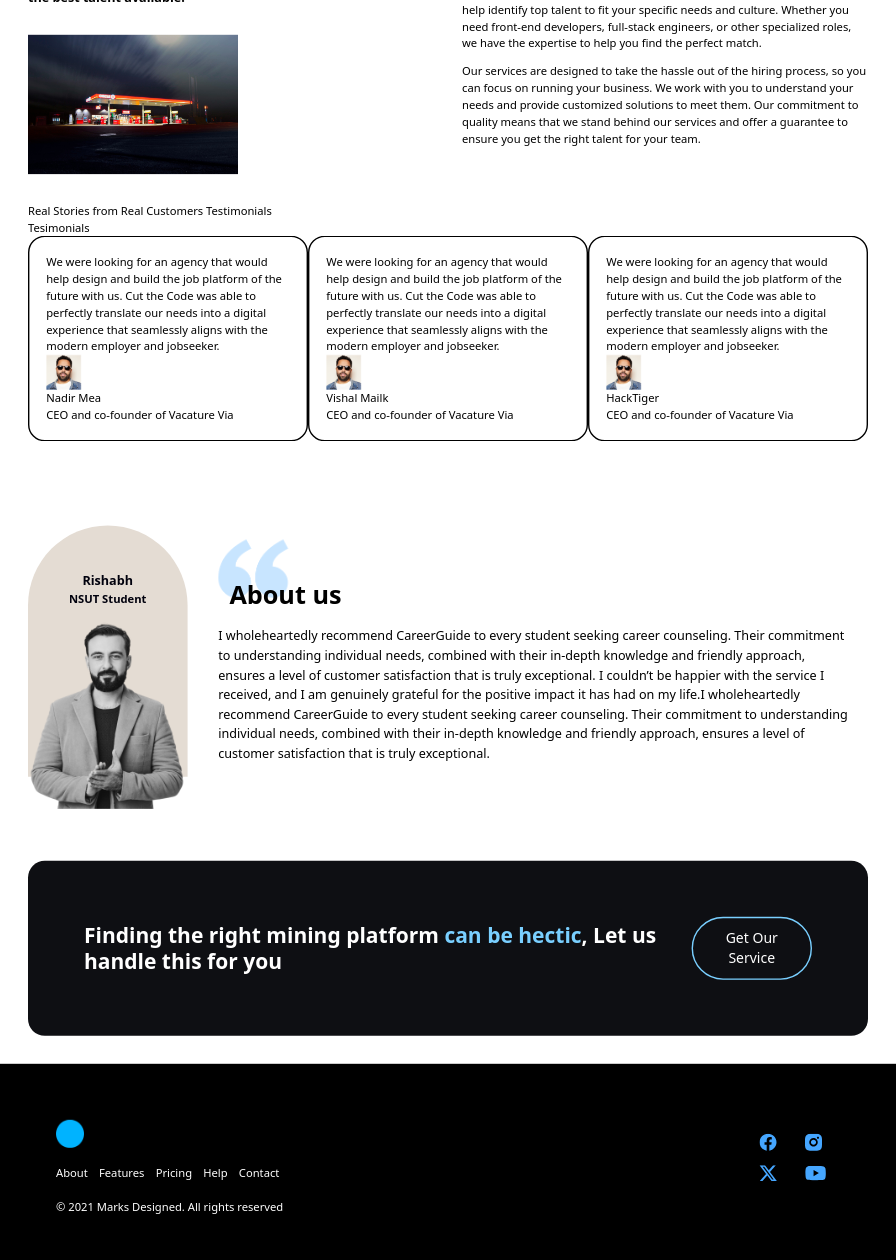
Repository: ayushtenguria/uniteksol
Page: /
The author's editor kept a copy of each file at every save. The page is drawn from the files as they stood at one save, then again after the next save.
The browser window is 1280 px wide. The pictures show the part of the page from y = 1134 to 3054 px (the page is 2934 px tall before and 3054 px after), at 70% of full size.
The project was rebuilt for these pictures with package versions that can differ from the ones it lists, and the page was loaded fresh each time. The framework's server and built-in components were replaced by stand-ins that run in the browser. Also part of the build but not shown: next.config.mjs.

Above is the page before, as saved 2024-02-23 21:03:39.

### pages/index.js
import Image from "next/image";
import { Inter } from "next/font/google";
import Layout from "@/components/Layout";
import Hero from "@/components/Hero";
import CompanyLogos from "@/components/companyLogos";
import Story from "@/components/Story";
import ServiceBanner from "@/components/serviceBanner";
import About from "@/components/About";
import Testimonials from "@/components/Testimonials";

const inter = Inter({ subsets: ["latin"] });

export default function Home() {
  return (
    <Layout>
      <Hero></Hero>
      <CompanyLogos></CompanyLogos>
      <Story></Story>
      <Testimonials></Testimonials>
      <About></About>
      <ServiceBanner></ServiceBanner>
    </Layout>
  );
}

### styles/globals.css
@tailwind base;
@tailwind components;
@tailwind utilities;

/* 79CFFF */

.btn-blue{
  background-color: #79CFFF;
  border-radius: 50px;
  padding: 5px 10px;
  font-weight: 500;
  margin-left: 4px;
}

.btn-black{
  background-color: #333333;
  color: #79CFFF;
  border-radius: 50px;
  padding: 15px 40px;
  font-weight: 500;
}

.btn-blueht{
  background-color: #0E0F13;
  color: #ffffff;
  border-radius: 50px;
  border: 2px solid #79CFFF;
  padding: 15px 40px;
  font-weight: 500;
}

### components/Layout.js
import Footer from "./Footer";
import Nav from "./Nav";

export default function Layout({children}){
    return(
        <div className="">
            <Nav></Nav>
                {children}
            <Footer></Footer>
        </div>
    )
}

### components/Hero.js
import Image from "next/image";
import Card from "./Card";

export default function Hero() {
  return (
    <div className="flex gap-4 m-10 grid-cols-2 justify-between text-fontBlack">
      <div className="w-1/2">
        <div className="my-10">
          <h1 className="text-4xl font-bold mb-6">
            We build your dream house with our passion
          </h1>
          <p className="text-lg font-semibold mb-6">
            Our core goal is to respond to today's{" "}
            <span className="underline">dynamic marked</span> by equipping our
            customers with the digital tools they need to remain competitive,
            build their business, and empower the consumer experience.
          </p>
          <button className="btn-black text-lg">Learn More</button>
        </div>
        <div>
          <div className="flex gap-4">
            <Card bgColor={"landingGray"}>
              <span className="text-lg font-bold pb-2">362</span>
              <br></br>Lorem ipsum dolor amet, consectetur adipiscing elit.
              Faucibus in libero.Lorem ipsum dolor amet,
            </Card>
            <Card bgColor={"landingBlue"}>
              <span className="text-lg font-bold pb-2">178K+</span>
              <br></br>
              Lorem ipsum dolor amet, consectetur adipiscing elit. Faucibus in
              libero.Lorem ipsum dolor amet,
            </Card>
          </div>
          <div>
            <Card bgColor={"landingGray"}>
              <div className="flex">
                <span className="text-lg font-bold pb-2">Title</span>
                <br></br>Lorem ipsum dolor amet, consectetur adipiscing elit.
                Faucibus in libero.Lorem ipsum dolor amet,
                <Image src="/home.png" width={200} height={200}></Image>
              </div>
            </Card>
          </div>
        </div>
      </div>
      <div className="w-1/2">
        <Image
          src="/pump2.jpg"
          width={800}
          height={800}
          alt="Petrol pump image"
        ></Image>
      </div>
    </div>
  );
}

### components/Story.js
import Image from "next/image";

export default function Story() {
  return (
    <div className="m-10 mt-20">
        <div><h2 className="text-4xl font-bold pb-10">Our Story</h2></div>
      <div className="flex gap-10">
        <div className="w-1/2">
          <h4 className="text-lg font-semibold pb-10">
            Our extensive network of candidates ensures you have access to the
            best talent available.
          </h4>
          <Image src="/pump3.jpg" width={300} height={300}></Image>
        </div>
        <div className="w-1/2">
          <p className="mb-4">
            Looking to build a winning team? At Talent. we help businesses find
            the right talent to take their team to the next level. Our expert
            screening and network help identify top talent to fit your specific
            needs and culture. Whether you need front-end developers, full-stack
            engineers, or other specialized roles, we have the expertise to help
            you find the perfect match.
          </p>
          <p>
            Our services are designed to take the hassle out of the hiring
            process, so you can focus on running your business. We work with you
            to understand your needs and provide customized solutions to meet
            them. Our commitment to quality means that we stand behind our
            services and offer a guarantee to ensure you get the right talent
            for your team.
          </p>
        </div>
      </div>
    </div>
  );
}

### components/serviceBanner.js
export default function ServiceBanner(){
    return(
        <div className="bg-landingBlack m-10 text-white p-20 rounded-3xl flex justify-between items-center font-semibold">
            <div className="text-3xl mr-10">
                Finding the right mining platform <span className="text-landingBlue">can be hectic</span>, Let us handle this for you
            </div>
            <div>
                <button className="btn-blueht text-xl">Get Our Service</button>
            </div>
        </div>
    )
}

### components/About.js
import Image from "next/image";

export default function About(){
    return(
        <div className="flex m-10 py-20 gap-6">
            <div className="bg-[#E4DCD3] rounded-t-full">
                <div className="flex justify-center relative top-16">
                    <p className="text-[#00010D] font-semibold"><span className="font-semibold flex justify-center text-lg">Rishabh</span> NSUT Student</p>
                </div>

                <Image src="/Person.png" width={1400} height={1400} className="relative top-20"></Image>
            </div>
            <div className="m-5">
                <Image src='/quote.png' width={100} height={100} className="relative z-0"></Image>
                <h2 className="text-4xl font-bold relative z-30 bottom-6 ml-4">
                    About us
                </h2>
                <p className="text-lg font-medium">
                I wholeheartedly recommend CareerGuide to every student seeking career counseling. Their commitment to understanding individual needs, combined with their in-depth knowledge and friendly approach, ensures a level of customer satisfaction that is truly exceptional. I couldn’t be happier with the service I received, and I am genuinely grateful for the positive impact it has had on my life.I wholeheartedly recommend CareerGuide to every student seeking career counseling. Their commitment to understanding individual needs, combined with their in-depth knowledge and friendly approach, ensures a level of customer satisfaction that is truly exceptional.
                </p>
            </div>
        </div>
    )
}

### components/Testimonials.js
import { TESTIMONIALS } from "@/constants/constants";
import Image from "next/image";
import Card from "./Card";
import SimpleSlider from "./SimpleSlider";
import Slider from "./SimpleSlider";

export default function Testimonials(){
    return(
        <div className="m-10">
            <h1 className="w-1/3">
            Real Stories from Real Customers
Testimonials
            </h1>
            <p>Tesimonials</p>
            <SimpleSlider dots={false} noOfSlides={3}  >
                {TESTIMONIALS.map((t)=>(
                <div className="rounded-3xl p-4 border-2 border-black">
                    <div className="p-2">
                    <div>
                        {t.description}
                    </div>
                    <div>
                        <Image src={t.src} width={50} height={50}></Image>
                        <div>
                            <h3>{t.name}</h3>
                            <p>{t.designation}</p>
                        </div>
                    </div>
                    </div>
                </div>
            ))}
            </SimpleSlider>

        </div>
    )
}

### components/Footer.js
import { FOOTER_LINKS } from "@/constants/constants";
import Image from "next/image";
import Link from "next/link";
import Socials from "./Socials";

export default function Footer() {
  return (
    <div className="w-screen h-full bg-black text-white flex justify-between p-20 pb-16">
      <div>
        <Image
          src="/blue-dot.png"
          width={40}
          height={40}
          alt="logo of company"
        ></Image>
        <div className="flex gap-4 my-6">
          {FOOTER_LINKS.map((item) => (
            <Link href={item.href}>{item.label}</Link>
          ))}
        </div>
      <div>© 2021 Marks Designed. All rights reserved</div>
      </div>
      <div>
        <Socials></Socials>
      </div>
    </div>
  );
}

### components/Nav.js
import { NAV_LINKS } from "@/constants/constants";
import Image from "next/image";
import Link from "next/link";

export default function Nav() {
  return (
    <div className="flex justify-between m-10">
      <div>
        <Image
          src="/blue-dot.png"
          width={40}
          height={40}
          alt="logo of company"
        ></Image>
      </div>
      <div className="hidden h-full lg:flex">
        {NAV_LINKS.map((item) => (
          <Link href={item.href} key={item.key} className="p-4">
            {item.label}
          </Link>
        ))}
        <button className="btn-blue">Book an Appointment!</button>
      </div>

      <div className="inline-block cursor-pointer lg:hidden">
        <svg
          xmlns="http://www.w3.org/2000/svg"
          fill="none"
          viewBox="0 0 24 24"
          stroke-width="1.5"
          stroke="currentColor"
          class="w-8 h-8"
        >
          <path
            stroke-linecap="round"
            stroke-linejoin="round"
            d="M3.75 6.75h16.5M3.75 12h16.5m-16.5 5.25h16.5"
          />
        </svg>
      </div>
    </div>
  );
}

### components/Card.js
export default function Card({title,bgColor,children,textColor}){
    const bgColorClass = bgColor ? `bg-${bgColor}` : "bg-black";
    const textColorClass = textColor ? `text-${textColor}` : "text-black";
    return(
        // <div className={bgColorClass+" rounded-lg border-2 border-black p-4 my-2" + textColorClass}>
        <div className={`bg-landingGray rounded-3xl p-4 m-2`}>
            {children}
        </div>
    )
}

### constants/constants.js
export const NAV_LINKS = [
    { href: '/solution', key: 'solution', label: 'Our Solution' },
    { href: '/nocode', key: 'no_code', label: 'No-Code' },
    { href: '/projects', key: 'projects', label: 'Projects' },
    { href: '/about', key: 'about', label: 'About us' },
    { href: '/contact', key: 'contact', label: 'Contact' }
];

export const FOOTER_LINKS = [
    { href: '/about', key: 'about', label: 'About' },
    { href: '/features', key: 'features', label: 'Features' },
    { href: '/pricing', key: 'pricing', label: 'Pricing' },
    { href: '/help', key: 'help', label: 'Help' },
    { href: '/contact', key: 'contact', label: 'Contact' }
];

export const TESTIMONIALS = [
    { src:'/testi1.png',name: 'Nadir Mea', designation:'CEO and co-founder of Vacature Via', key: 'about', description: 'We were looking for an agency that would help design and build the job platform of the future with us. Cut the Code was able to perfectly translate our needs into a digital experience that seamlessly aligns with the modern employer and jobseeker.' },
    { src:'/testi1.png',name: 'Vishal Mailk', designation:'CEO and co-founder of Vacature Via', key: 'about', description: 'We were looking for an agency that would help design and build the job platform of the future with us. Cut the Code was able to perfectly translate our needs into a digital experience that seamlessly aligns with the modern employer and jobseeker.' },
    { src:'/testi1.png',name: 'HackTiger', designation:'CEO and co-founder of Vacature Via', key: 'about', description: 'We were looking for an agency that would help design and build the job platform of the future with us. Cut the Code was able to perfectly translate our needs into a digital experience that seamlessly aligns with the modern employer and jobseeker.' },
    { src:'/testi1.png',name: 'Rishabh', designation:'CEO and co-founder of Vacature Via', key: 'about', description: 'We were looking for an agency that would help design and build the job platform of the future with us. Cut the Code was able to perfectly translate our needs into a digital experience that seamlessly aligns with the modern employer and jobseeker.' },
    { src:'/testi1.png',name: 'Nadir Mea', designation:'CEO and co-founder of Vacature Via', key: 'about', description: 'We were looking for an agency that would help design and build the job platform of the future with us. Cut the Code was able to perfectly translate our needs into a digital experience that seamlessly aligns with the modern employer and jobseeker.' },
    { src:'/testi1.png',name: 'Nadir Mea', designation:'CEO and co-founder of Vacature Via', key: 'about', description: 'We were looking for an agency that would help design and build the job platform of the future with us. Cut the Code was able to perfectly translate our needs into a digital experience that seamlessly aligns with the modern employer and jobseeker.' },
    { src:'/testi1.png',name: 'Nadir Mea', designation:'CEO and co-founder of Vacature Via', key: 'about', description: 'We were looking for an agency that would help design and build the job platform of the future with us. Cut the Code was able to perfectly translate our needs into a digital experience that seamlessly aligns with the modern employer and jobseeker.' },
]

### components/SimpleSlider.js
import "slick-carousel/slick/slick.css";
import "slick-carousel/slick/slick-theme.css";

import React from "react";
import Slider from "react-slick";

export default function SimpleSlider({children,dots,noOfSlides}) {
    var settings = {
      dots: dots,
      infinite: true,
      speed: 500,
      slidesToShow: noOfSlides,
      slidesToScroll: 1,
      initialSlide: 0,
      arrows:false,
      // autoplay: true,
      // speed: 3000,
      // autoplaySpeed: 3000,
      draggable:true,
      swipe:true,
      responsive: [
        {
          breakpoint: 1024,
          settings: {
            slidesToShow: 2,
            slidesToScroll: 1,
            infinite: true,
            dots: true
          }
        },
        {
          breakpoint: 600,
          settings: {
            slidesToShow: 1,
            slidesToScroll: 1,
            initialSlide: 1
          }
        },
        {
          breakpoint: 480,
          settings: {
            slidesToShow: 1,
            slidesToScroll: 1
          }
        }
      ]
    };
    return (
      <div className="slider-container">
        <Slider {...settings}>
        {children}
        </Slider>
      </div>
    );
  }

### components/Socials.js
export default function Socials() {
  return (
    <div>
      <div className="flex gap-10 m-5">
        <svg
          width="25"
          height="25"
          viewBox="0 0 25 25"
          fill="none"
          xmlns="http://www.w3.org/2000/svg"
        >
          <path
            d="M12.1528 0C5.4408 0 0 5.4408 0 12.1528C0 18.2182 4.44427 23.2458 10.2545 24.1585V15.6649H7.16771V12.1528H10.2545V9.47552C10.2545 6.43004 12.0677 4.74809 14.8446 4.74809C16.1741 4.74809 17.5644 4.98507 17.5644 4.98507V7.97465H16.0332C14.5226 7.97465 14.0523 8.91163 14.0523 9.87292V12.1528H17.4222L16.8839 15.6649H14.0523V24.1585C19.8613 23.2471 24.3056 18.217 24.3056 12.1528C24.3056 5.4408 18.8648 0 12.1528 0Z"
            fill="#45A6FF"
          />
        </svg>
        <svg
          width="25"
          height="25"
          viewBox="0 0 25 25"
          fill="none"
          xmlns="http://www.w3.org/2000/svg"
        >
          <path
            d="M12.1528 0C15.4547 0 15.8667 0.0121527 17.1622 0.0729166C18.4564 0.133681 19.3375 0.336632 20.1128 0.638021C20.9149 0.946702 21.5906 1.36476 22.2663 2.03924C22.8843 2.64675 23.3624 3.38162 23.6675 4.19271C23.9677 4.96684 24.1719 5.84913 24.2326 7.1434C24.2898 8.43889 24.3056 8.85087 24.3056 12.1528C24.3056 15.4547 24.2934 15.8667 24.2326 17.1622C24.1719 18.4564 23.9677 19.3375 23.6675 20.1128C23.3633 20.9244 22.885 21.6594 22.2663 22.2663C21.6586 22.8841 20.9238 23.3622 20.1128 23.6675C19.3387 23.9677 18.4564 24.1719 17.1622 24.2326C15.8667 24.2898 15.4547 24.3056 12.1528 24.3056C8.85087 24.3056 8.43889 24.2934 7.1434 24.2326C5.84913 24.1719 4.96806 23.9677 4.19271 23.6675C3.3813 23.3631 2.6463 22.8848 2.03924 22.2663C1.42115 21.6589 0.942972 20.924 0.638021 20.1128C0.336632 19.3387 0.133681 18.4564 0.0729166 17.1622C0.0157985 15.8667 0 15.4547 0 12.1528C0 8.85087 0.0121527 8.43889 0.0729166 7.1434C0.133681 5.84792 0.336632 4.96806 0.638021 4.19271C0.942127 3.38112 1.42042 2.64605 2.03924 2.03924C2.64648 1.42094 3.38142 0.942727 4.19271 0.638021C4.96806 0.336632 5.84792 0.133681 7.1434 0.0729166C8.43889 0.0157985 8.85087 0 12.1528 0ZM12.1528 6.07639C10.5412 6.07639 8.99567 6.71658 7.85612 7.85612C6.71658 8.99567 6.07639 10.5412 6.07639 12.1528C6.07639 13.7643 6.71658 15.3099 7.85612 16.4494C8.99567 17.589 10.5412 18.2292 12.1528 18.2292C13.7643 18.2292 15.3099 17.589 16.4494 16.4494C17.589 15.3099 18.2292 13.7643 18.2292 12.1528C18.2292 10.5412 17.589 8.99567 16.4494 7.85612C15.3099 6.71658 13.7643 6.07639 12.1528 6.07639ZM20.0521 5.77257C20.0521 5.36968 19.892 4.98329 19.6072 4.69841C19.3223 4.41352 18.9359 4.25347 18.533 4.25347C18.1301 4.25347 17.7437 4.41352 17.4588 4.69841C17.1739 4.98329 17.0139 5.36968 17.0139 5.77257C17.0139 6.17546 17.1739 6.56185 17.4588 6.84673C17.7437 7.13162 18.1301 7.29167 18.533 7.29167C18.9359 7.29167 19.3223 7.13162 19.6072 6.84673C19.892 6.56185 20.0521 6.17546 20.0521 5.77257ZM12.1528 8.50695C13.1197 8.50695 14.047 8.89106 14.7308 9.57479C15.4145 10.2585 15.7986 11.1858 15.7986 12.1528C15.7986 13.1197 15.4145 14.047 14.7308 14.7308C14.047 15.4145 13.1197 15.7986 12.1528 15.7986C11.1858 15.7986 10.2585 15.4145 9.57479 14.7308C8.89106 14.047 8.50695 13.1197 8.50695 12.1528C8.50695 11.1858 8.89106 10.2585 9.57479 9.57479C10.2585 8.89106 11.1858 8.50695 12.1528 8.50695Z"
            fill="#45A6FF"
          />
        </svg>
      </div>
      <div className="flex gap-10 m-5">
        <svg
          width="25"
          height="23"
          viewBox="0 0 25 23"
          fill="none"
          xmlns="http://www.w3.org/2000/svg"
        >
          <path
            d="M19.5234 0H23.3259L15.0207 9.5169L24.7917 22.4674H17.1419L11.1501 14.6116L4.29361 22.4674H0.489635L9.3728 12.2874L0 0H7.84501L13.2604 7.17874L19.5234 0ZM18.1909 20.1866H20.2982L6.6984 2.16152H4.43926L18.1909 20.1866Z"
            fill="#45A6FF"
          />
        </svg>
        <svg
          width="30"
          height="22"
          viewBox="0 0 30 22"
          fill="none"
          xmlns="http://www.w3.org/2000/svg"
        >
          <path
            d="M12.2356 15.5277L19.8044 11.1527L12.2356 6.77767V15.5277ZM29.094 4.10892C29.2836 4.79434 29.4148 5.71309 29.5023 6.87975C29.6044 8.04642 29.6481 9.05267 29.6481 9.92767L29.7356 11.1527C29.7356 14.3464 29.5023 16.6943 29.094 18.1964C28.7294 19.5089 27.8836 20.3548 26.5711 20.7193C25.8856 20.9089 24.6315 21.0402 22.7065 21.1277C20.8106 21.2298 19.0752 21.2735 17.4711 21.2735L15.1523 21.361C9.04189 21.361 5.23564 21.1277 3.73355 20.7193C2.42105 20.3548 1.57522 19.5089 1.21064 18.1964C1.02105 17.511 0.889803 16.5923 0.802303 15.4256C0.70022 14.2589 0.65647 13.2527 0.65647 12.3777L0.56897 11.1527C0.56897 7.95892 0.802303 5.611 1.21064 4.10892C1.57522 2.79642 2.42105 1.95059 3.73355 1.586C4.41897 1.39642 5.67314 1.26517 7.59814 1.17767C9.49397 1.07559 11.2294 1.03184 12.8336 1.03184L15.1523 0.944336C21.2627 0.944336 25.069 1.17767 26.5711 1.586C27.8836 1.95059 28.7294 2.79642 29.094 4.10892Z"
            fill="#45A6FF"
          />
        </svg>
      </div>
    </div>
  );
}

Loaded but not shown: pages/_app.js (common file); pages/_document.js (common file); components/companyLogos.js (library); tailwind.config.js (common file)

After the next save:
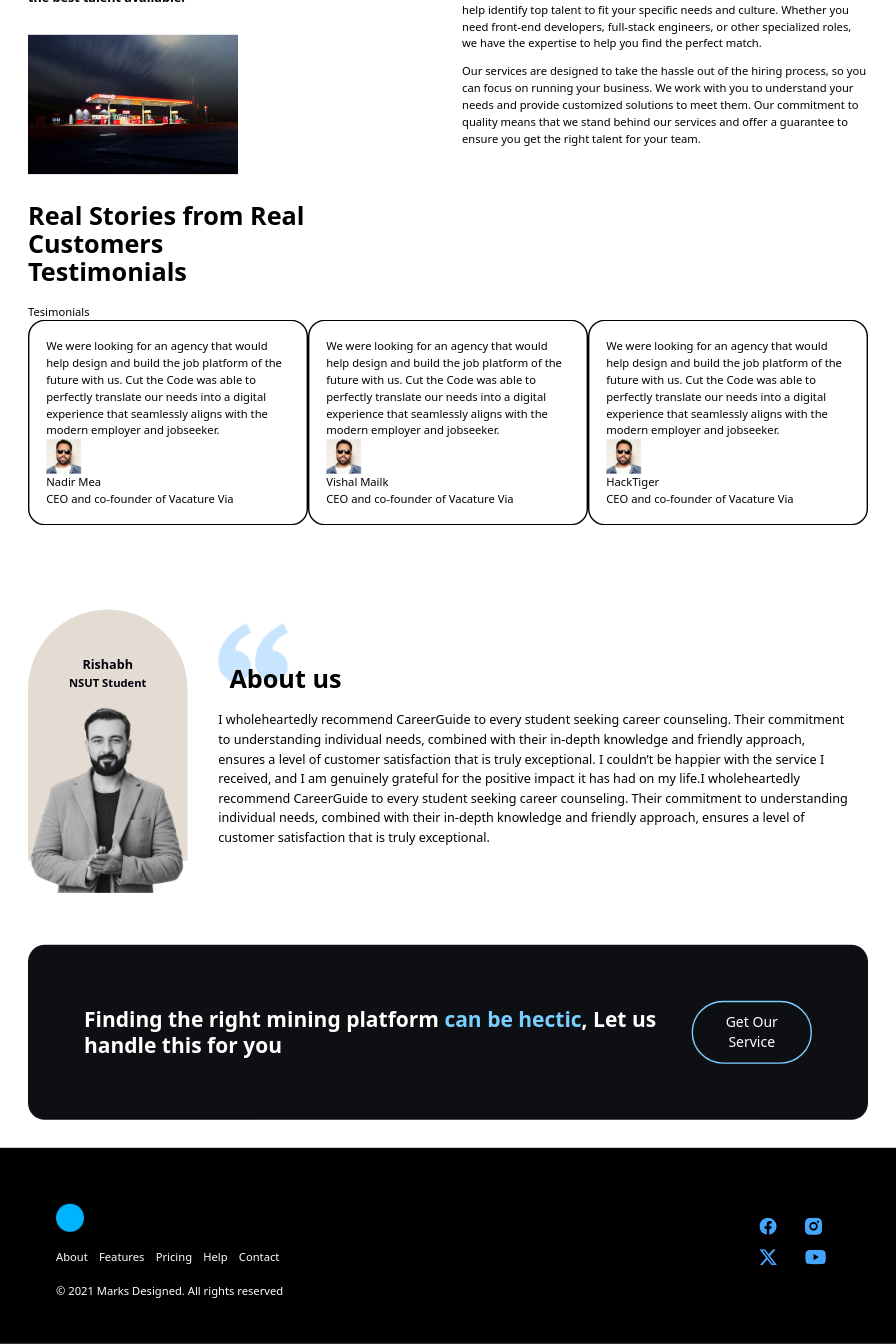
Saved 83 s later.
--- a/components/Testimonials.js
+++ b/components/Testimonials.js
@@ -7,7 +7,7 @@
 export default function Testimonials(){
     return(
         <div className="m-10">
-            <h1 className="w-1/3">
+            <h1 className="w-1/3 text-4xl font-bold mb-6">
             Real Stories from Real Customers
 Testimonials
             </h1>
